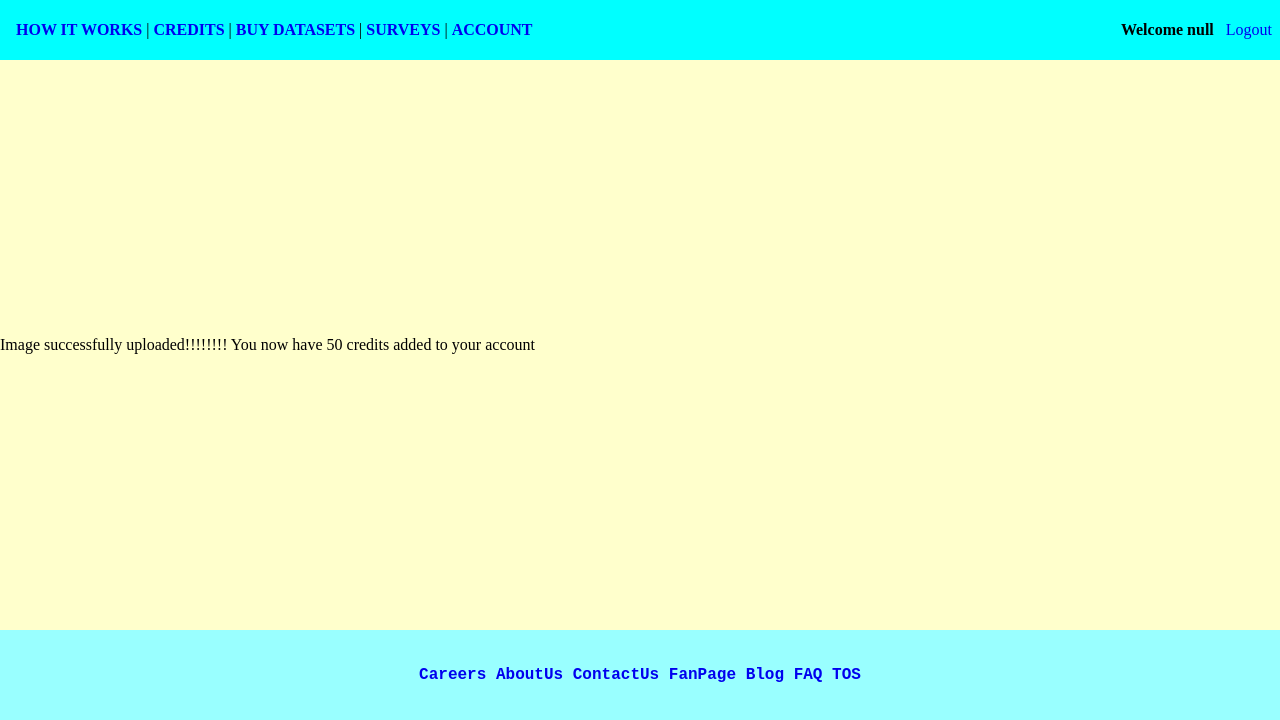
Repository: nicks707/LocoShack_TGMC-project
Page: http://localhost/ram/uploadphoto2.jsp
These files come from the project's save history. The page is drawn as it stood at one moment and after the next save; the edit follows.
The browser window is 1280 px wide. The pictures show the whole page.
The page is served by Tomcat 9. Other server files are loaded and not shown.

Above is the page before, as saved 2012-03-20 14:25:22.

### ram/WebContent/uploadphoto2.jsp
<%@ page language="java" import="java.sql.*" contentType="text/html; charset=ISO-8859-1"
    pageEncoding="ISO-8859-1"%>
    <%@page import="java.io.*"%>
<!DOCTYPE html PUBLIC "-//W3C//DTD HTML 4.01 Transitional//EN" "http://www.w3.org/TR/html4/loose.dtd">
<html>
<head>
<meta http-equiv="Content-Type" content="text/html; charset=ISO-8859-1">
<title>LocoShack-Response</title>
<style>
html, body,table
{
  height: 100%;
  width:100%;
}
</style>
</head>
<body style="margin-top:0px;margin-left:0px;margin-right:0px">
<table  width="100%" cellpadding="0" cellspacing="0"   style="background-color:#FFFFCC">
<tr  height="60px"><td><jsp:include page="header2.jsp"></jsp:include></td></tr>
<tr><td>

Image successfully uploaded!!!!!!!!
You now have 50 credits added to your account
</td></tr>
<tr height="50px"><td><jsp:include page="footer.jsp"></jsp:include></td></tr>
</table>
</body>
</html>

### ram/WebContent/header2.jsp
<%@ page language="java" contentType="text/html; charset=ISO-8859-1"
    pageEncoding="ISO-8859-1"%>
<!DOCTYPE html PUBLIC "-//W3C//DTD HTML 4.01 Transitional//EN" "http://www.w3.org/TR/html4/loose.dtd">
<html>
<head>
<meta http-equiv="Content-Type" content="text/html; charset=ISO-8859-1">
<title>Insert title here</title>
</head>
<body style="margin-left:0px;margin-right:0px;margin-top:0px;">
<table cellpadding="0px" cellspacing="0px" width="100%">

<tr bgcolor="#00FFFF" style="height:60px;">
<td>&nbsp;&nbsp;&nbsp;&nbsp;<a href="hit.jsp"><b>HOW IT WORKS</b></a> | <a href="credits.jsp"><b>CREDITS</b></a> | <a href="buydata.jsp"><b>BUY DATASETS</b></a> | <a href="surveys.jsp"><b>SURVEYS</b></a> |  <a href="accmain.jsp"><b>ACCOUNT</b></a> </td>

<td align="right">&nbsp;&nbsp;&nbsp;&nbsp;&nbsp;&nbsp;&nbsp;&nbsp;&nbsp;&nbsp;&nbsp;&nbsp;&nbsp;&nbsp;&nbsp;&nbsp;&nbsp;&nbsp;&nbsp;&nbsp;
&nbsp;&nbsp;&nbsp;&nbsp;&nbsp;&nbsp;&nbsp;&nbsp;&nbsp;&nbsp;&nbsp;&nbsp;&nbsp;&nbsp;&nbsp;&nbsp;&nbsp;&nbsp;&nbsp;&nbsp;&nbsp;&nbsp;&nbsp;&nbsp;&nbsp;&nbsp;&nbsp;&nbsp;&nbsp;&nbsp;&nbsp;&nbsp;&nbsp;&nbsp;&nbsp;&nbsp;&nbsp;&nbsp;&nbsp;&nbsp;&nbsp;&nbsp;&nbsp;&nbsp;&nbsp;&nbsp;&nbsp;&nbsp;&nbsp;&nbsp;&nbsp;&nbsp;&nbsp;&nbsp;&nbsp;&nbsp;&nbsp;&nbsp;&nbsp;&nbsp;
<!-- code for links like welcome user/guest and signout --><b>Welcome <%=session.getAttribute("id") %></b>&nbsp;&nbsp;&nbsp;<a href="logout.jsp">Logout</a>&nbsp;&nbsp;</td>
</tr>

</table>

</body>
</html>

### ram/WebContent/footer.jsp
<%@ page language="java" contentType="text/html; charset=ISO-8859-1"
    pageEncoding="ISO-8859-1"%>
<!DOCTYPE html PUBLIC "-//W3C//DTD HTML 4.01 Transitional//EN" "http://www.w3.org/TR/html4/loose.dtd">
<html>
<head>
<meta http-equiv="Content-Type" content="text/html; charset=ISO-8859-1">
<title>Insert title here</title>
</head>
<style>
a{text-decoration:none;}
</style>
<body style="margin-top:0px;margin-left:0px;margin-right:0px;">
<table width=100% border="0px" cellpadding="0px" cellspacing="0px">
<tr    bgcolor="#99FFFF" style="height:90px;">
<td  colspan="3" width="100%"  align="center"> <font color="#330099" face="Courier New, Courier, monospace"><b><a href="careers.jsp">Careers</a> <a href="abtus.jsp">AboutUs</a> <a href="contact.jsp">ContactUs</a> <a href="http://www.facebook.com">FanPage</a> <a href="blog.jsp">Blog</a> <a href="faq.jsp">FAQ</a> <a href="tos.jsp">TOS</a></b></font></td>
</tr>


</table>

</body>
</html>

After the next save:
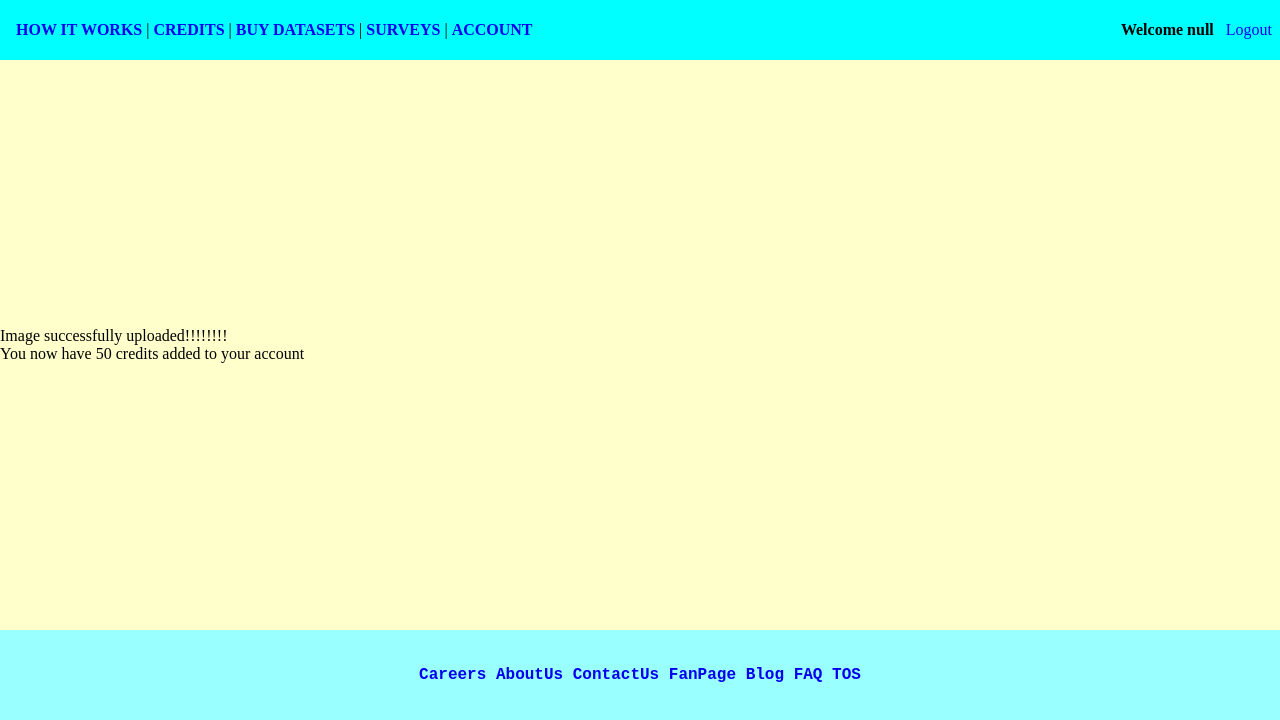
Saved 89 s later.
--- a/ram/WebContent/uploadphoto2.jsp
+++ b/ram/WebContent/uploadphoto2.jsp
@@ -19,7 +19,7 @@ html, body,table
 <tr  height="60px"><td><jsp:include page="header2.jsp"></jsp:include></td></tr>
 <tr><td>
 
-Image successfully uploaded!!!!!!!!
+Image successfully uploaded!!!!!!!!<br/>
 You now have 50 credits added to your account
 </td></tr>
 <tr height="50px"><td><jsp:include page="footer.jsp"></jsp:include></td></tr>
